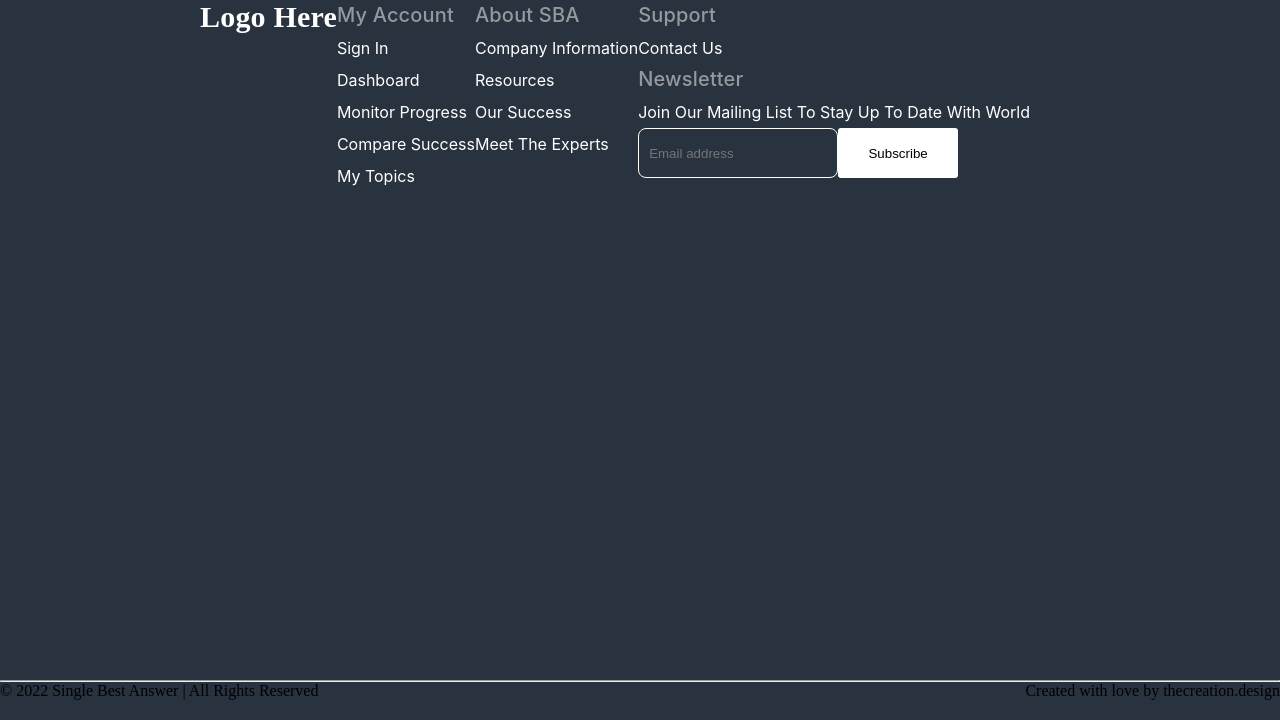
Repository: FaridRustamov09/Final-Task
Page: Pages/connectionPage/index.html
These files come from the project's save history. The page is drawn as it stood at one moment and after a run of saves; the edit follows.
The browser window is 1280 px wide. The pictures show the whole page.
The style sheet was rebuilt from its Sass, Less or Tailwind sources for each picture, by a compiler version that may differ from the author's.

Above is the page before, as saved 2024-07-14 20:57:30.

After the next 2 saves:
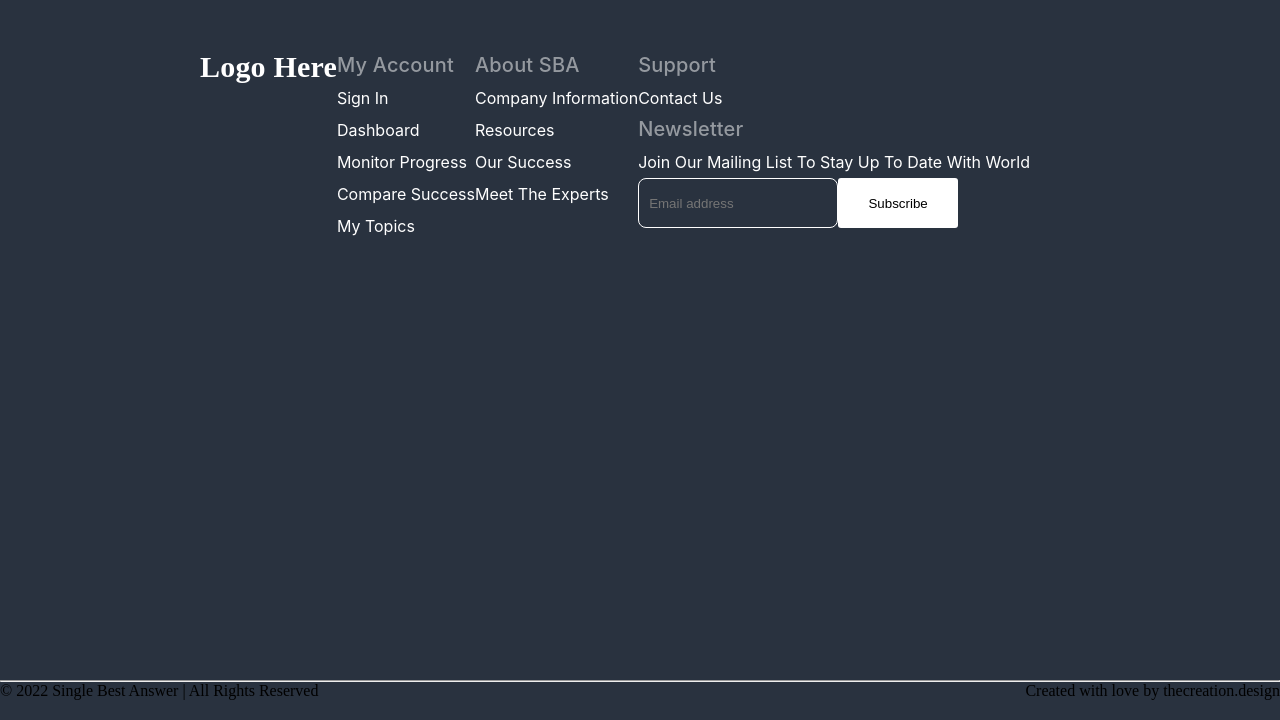
The 2 saves are shown as one change because they came seconds apart.
The last was saved 17 s later.
--- a/Pages/connectionPage/index.scss
+++ b/Pages/connectionPage/index.scss
@@ -11,6 +11,7 @@
   position: relative;
   .helper-box {
     padding-left: 200px;
+    padding-top: 50px;
     display: flex;
     b {
       color: var(--White, #fff);
